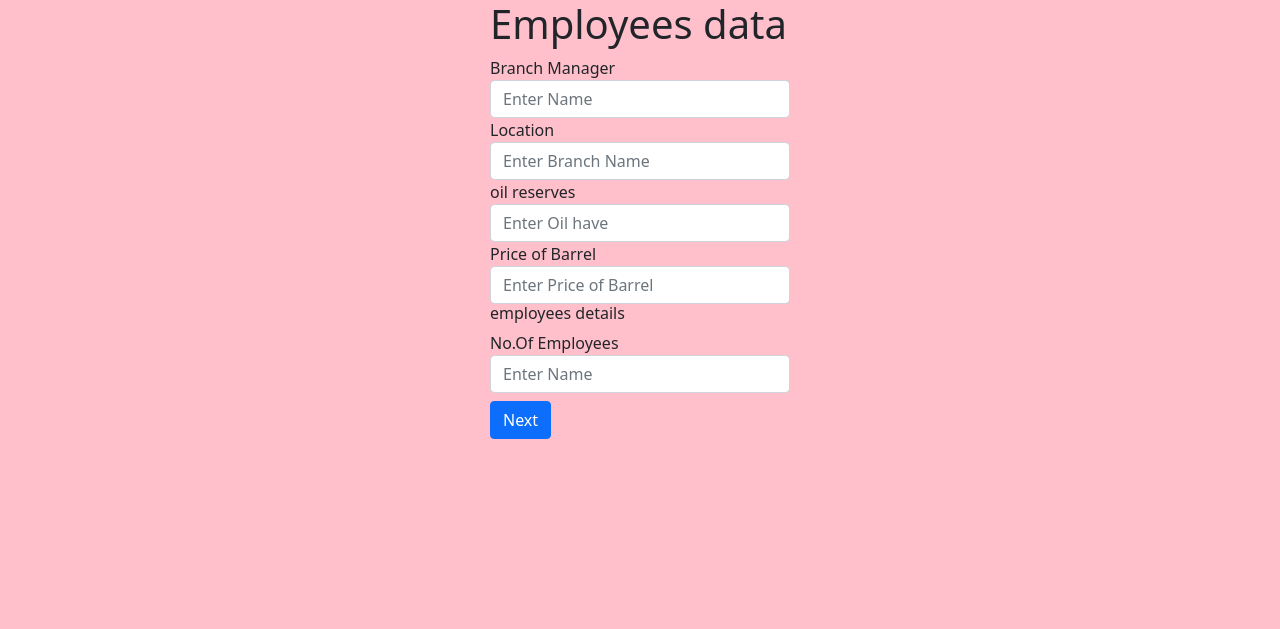
Repository: veerrajuMareddi/demo
Page: http://localhost/OilCorporation/views/save.jsp
The author's editor kept a copy of each file at every save. The page is drawn from the files as they stood at one save, then again after the next save.
The browser window is 1280 px wide. The pictures show the whole page.
The page is served by Tomcat 9. Other server files are loaded and not shown.

Above is the page before, as saved 2022-05-01 04:35:47.

### OilCorporation/src/main/webapp/views/save.jsp

<%@ page language="java" contentType="text/html; charset=ISO-8859-1"
	pageEncoding="ISO-8859-1"%>
<%@ taglib uri="http://www.springframework.org/tags/form" prefix="form"%>
<%@taglib prefix="c" uri="http://java.sun.com/jsp/jstl/core"%>

<!DOCTYPE html>
<html>
<head>
<link
	href="https://cdn.jsdelivr.net/npm/bootstrap@5.1.3/dist/css/bootstrap.min.css"
	rel="stylesheet"
	integrity="sha384-1BmE4kWBq78iYhFldvKuhfTAU6auU8tT94WrHftjDbrCEXSU1oBoqyl2QvZ6jIW3"
	crossorigin="anonymous">
<script
	src="https://cdn.jsdelivr.net/npm/bootstrap@5.1.3/dist/js/bootstrap.bundle.min.js"
	integrity="sha384-ka7Sk0Gln4gmtz2MlQnikT1wXgYsOg+OMhuP+IlRH9sENBO0LRn5q+8nbTov4+1p"
	crossorigin="anonymous"></script>
<meta charset="ISO-8859-1">
<title>oilLmtd</title>
</head>

	<body style="background-color: pink;">
<style>
	form {
		width: 300px;
		margin: 0 auto;
	}
</style>
   <form action ="${pageContext.request.contextPath}/src/saveModel" method="post">
   <h1>Employees data</h1>
   <div class="form-group">
    <label for="branchManager">Branch Manager</label>
    <input type="text" class="form-control" name ="branchManager" id="branchManager" aria-describedby="emailHelp" placeholder="Enter Name">
   </div>
   <div class="form-group">
    <label for="branchManager">Location</label>
    <input type="text" class="form-control" name ="location" id="branchManager" aria-describedby="emailHelp" placeholder="Enter Branch Name">
   </div>
   <div class="form-group">
    <label for="branchManager">oil reserves</label>
    <input type="text" class="form-control" name ="oilReserves" id="branchManager" aria-describedby="emailHelp" placeholder="Enter Oil have">
   </div>
    <div class="form-group">
    <label for="branchManager">Price of Barrel</label>
    <input type="number" class="form-control" name ="barrelPrice" id="branchManager" aria-describedby="emailHelp" placeholder="Enter Price of Barrel">
   </div>
   <h6>employees details</h6>
<div class="form-group">
    <label for="branchManager">No.Of Employees</label>
    <input type="number" class="form-control" name ="emp.toatalEmployees" id="branchManager" aria-describedby="emailHelp" placeholder="Enter Name">
   </div>
  <!-- <div class="form-group">
    <label for="exampleInputPassword1">Salary</label>
    <input type="number" class="form-control" name="emp.salary" id="oilReserves" placeholder="Enter Barrel Price">
  </div>
  <h6>Oil Prices</h6>
    <div class="form-group">
    <label for="exampleInputPassword1"> crude price</label>
    <input type="number" class="form-control" name="prices.crudePrice" id="oilReserves" placeholder="Enter Barrel Price">
  </div>
  <div class="form-group">
    <label for="exampleInputPassword1"> petrol price</label>
    <input type="number" class="form-control" name="prices.petrolPrice" id="oilReserves" placeholder="Enter Barrel Price">
  </div>
  <div class="form-group">
    <label for="exampleInputPassword1">diesel price</label>
    <input type="number" class="form-control" name="prices.dieselPrice" id="oilReserves" placeholder="Enter Barrel Price">
  </div>
  <div class="form-group">
    <label for="exampleInputPassword1">Gas price</label>
    <input type="number" class="form-control" name="prices.gasPrice" id="oilReserves" placeholder="Enter Barrel Price">
  </div>
 -->  <!-- <div class="form-group">
    <label for="exampleInputPassword1">Salary</label>
    <input type="number" class="form-control" name="emp.salary" id="oilReserves" placeholder="Enter Barrel Price">
  </div> -->
  <div class="form-group mt-2">
  <button type="submit" class="btn btn-primary">Next</button>
  </div>
</form>
</body>
</html>

After the next save:
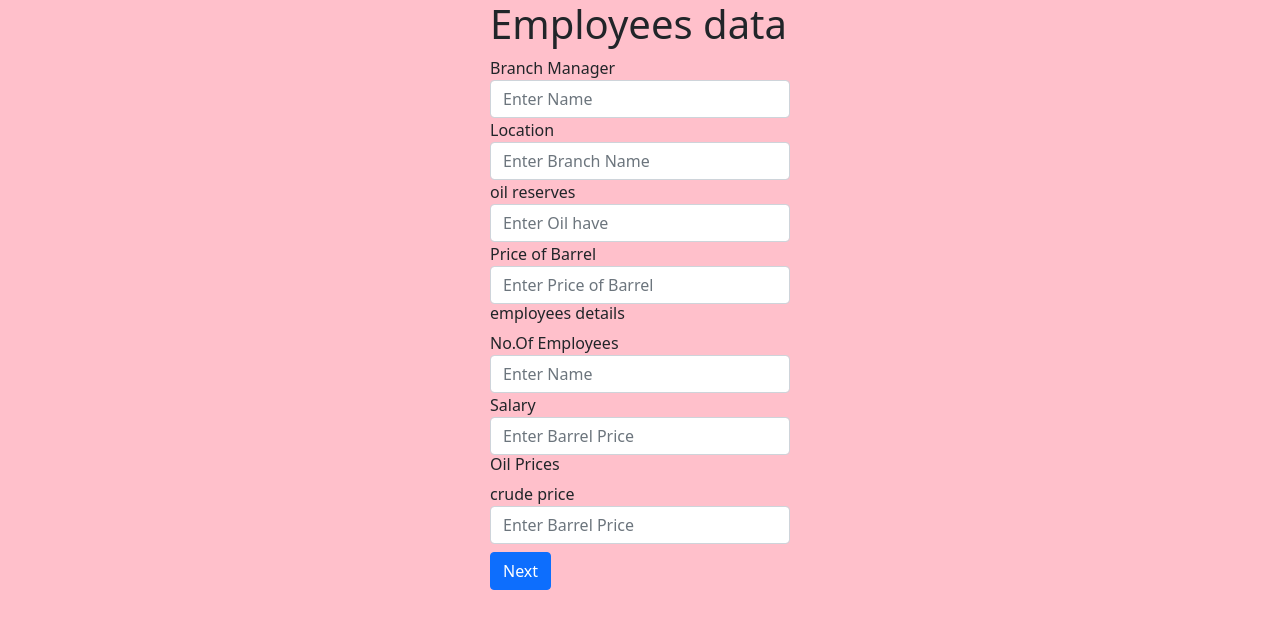
Saved 5 min 29 s later.
--- a/OilCorporation/src/main/webapp/views/save.jsp
+++ b/OilCorporation/src/main/webapp/views/save.jsp
@@ -50,7 +50,7 @@
     <label for="branchManager">No.Of Employees</label>
     <input type="number" class="form-control" name ="emp.toatalEmployees" id="branchManager" aria-describedby="emailHelp" placeholder="Enter Name">
    </div>
-  <!-- <div class="form-group">
+  <div class="form-group">
     <label for="exampleInputPassword1">Salary</label>
     <input type="number" class="form-control" name="emp.salary" id="oilReserves" placeholder="Enter Barrel Price">
   </div>
@@ -59,7 +59,7 @@
     <label for="exampleInputPassword1"> crude price</label>
     <input type="number" class="form-control" name="prices.crudePrice" id="oilReserves" placeholder="Enter Barrel Price">
   </div>
-  <div class="form-group">
+ <!--  <div class="form-group">
     <label for="exampleInputPassword1"> petrol price</label>
     <input type="number" class="form-control" name="prices.petrolPrice" id="oilReserves" placeholder="Enter Barrel Price">
   </div>
